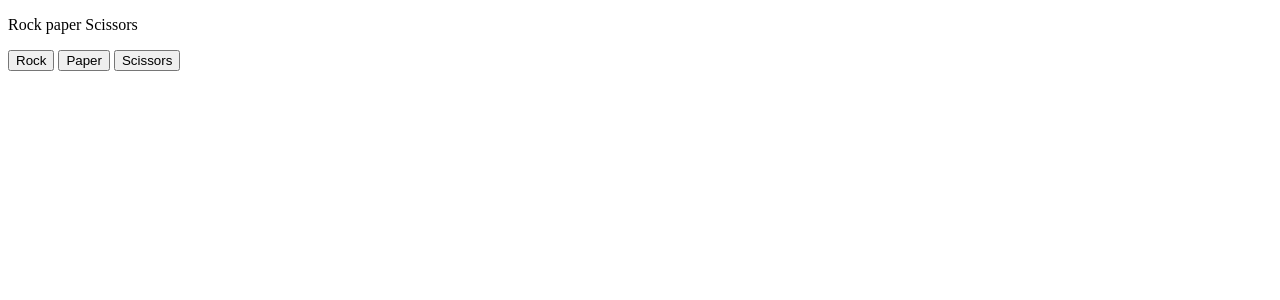
Repository: Samkiroko/Javascript-course
Page: 06-boolens.html
These files come from the project's save history. The page is drawn as it stood at one moment and after the next save; the edit follows.
The browser window is 1280 px wide. The pictures show the whole page.

Above is the page before, as saved 2023-08-23 11:32:17.

### 06-boolens.html
<!DOCTYPE html>
<html lang="en">
  <head>
    <meta charset="UTF-8" />
    <meta name="viewport" content="width=device-width, initial-scale=1.0" />
    <title>Rock paper scissors</title>
  </head>
  <body>
    <p>Rock paper Scissors</p>
    <button
      onclick="
    const randomNumber = Math.random()
    let computerChoice = ''
    if (randomNumber >=0 &&  randomNumber <1/3){
       computerChoice = 'rock'
    } else if (randomNumber >=1/3 &&  randomNumber <2/3){
       computerChoice = 'paper'
    } else {
       computerChoice = 'scissors'
    }

    console.log(computerChoice)

    let result = ''

    if (computerChoice === 'rock'){
      result = 'Tie'
    } else if (computerChoice === 'paper'){
      result = 'You lose'
    } else {
      result = 'You win'
    }

    alert(`You chose rock. Computer chose ${computerChoice}. ${result}`)
    "
    >
      Rock
    </button>
    <button
      onclick='
        const randomNumber = Math.random()
        let computerChoice = ""

    if (randomNumber >=0 &&  randomNumber <1/3){
       computerChoice = "rock"
    } else if (randomNumber >=1/3 &&  randomNumber <2/3){
       computerChoice = "paper"
    } else {
       computerChoice = "scissors"
    }

    console.log(computerChoice)

    let result = ""

    if (computerChoice === "rock"){
      result = "win"
    } else if (computerChoice === "paper"){
      result = "Tie"
    } else {
      result = "loose"
    }

    alert(`You chose paper. Computer chose ${computerChoice}. ${result}`)


    '
    >
      Paper
    </button>
    <button>Scissors</button>
    <script></script>
  </body>
</html>

After the next save:
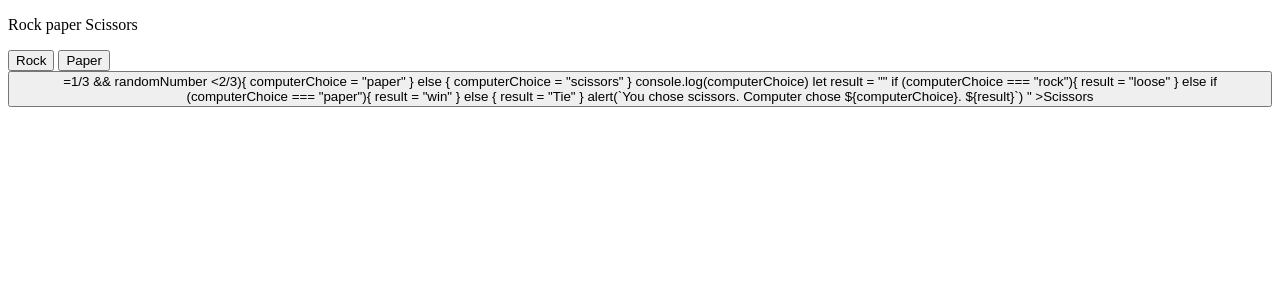
Console error (its wording comes from the project's code and is left out).
Saved 98 s later.
--- a/06-boolens.html
+++ b/06-boolens.html
@@ -68,7 +68,44 @@
     >
       Paper
     </button>
-    <button>Scissors</button>
+    <button
+
+    onclick="
+
+    const randomNumber = Math.random()
+    let computerChoice = ' ';
+
+    if (randomNumber >=0 &&  randomNumber <1/3){
+       computerChoice = "rock"
+    } else if (randomNumber >=1/3 &&  randomNumber <2/3){
+       computerChoice = "paper"
+    } else {
+       computerChoice = "scissors"
+    }
+
+    console.log(computerChoice)
+
+    let result = ""
+
+    if (computerChoice === "rock"){
+      result = "loose"
+    } else if (computerChoice === "paper"){
+      result = "win"
+    } else {
+      result = "Tie"
+    }
+
+    alert(`You chose scissors. Computer chose ${computerChoice}. ${result}`)
+
+
+
+
+    "
+
+
+
+
+    >Scissors</button>
     <script></script>
   </body>
 </html>

After the save that followed:
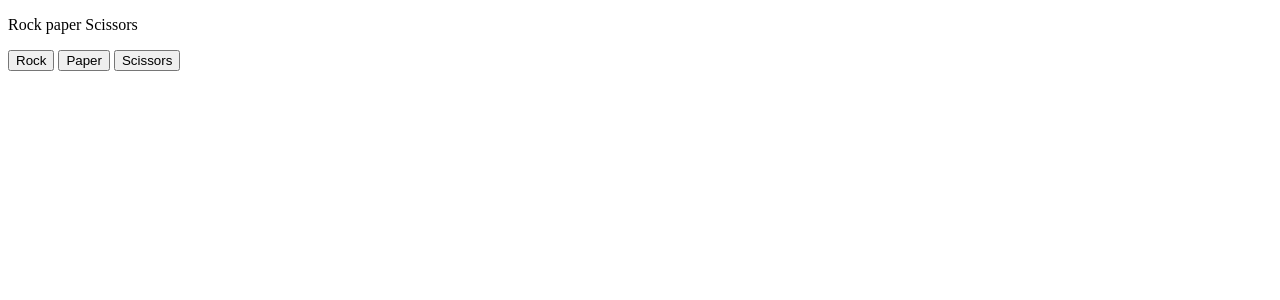
The error is gone.
Saved 91 s later.
--- a/06-boolens.html
+++ b/06-boolens.html
@@ -69,30 +69,29 @@
       Paper
     </button>
     <button
-
-    onclick="
+      onclick="
 
     const randomNumber = Math.random()
     let computerChoice = ' ';
 
     if (randomNumber >=0 &&  randomNumber <1/3){
-       computerChoice = "rock"
+       computerChoice = 'rock'
     } else if (randomNumber >=1/3 &&  randomNumber <2/3){
-       computerChoice = "paper"
+       computerChoice = 'paper'
     } else {
-       computerChoice = "scissors"
+       computerChoice = 'scissors'
     }
 
     console.log(computerChoice)
 
-    let result = ""
+    let result = ''
 
-    if (computerChoice === "rock"){
-      result = "loose"
-    } else if (computerChoice === "paper"){
-      result = "win"
+    if (computerChoice === 'rock'){
+      result = 'loose'
+    } else if (computerChoice === 'paper'){
+      result =' win'
     } else {
-      result = "Tie"
+      result = 'Tie'
     }
 
     alert(`You chose scissors. Computer chose ${computerChoice}. ${result}`)
@@ -101,11 +100,9 @@
 
 
     "
-
-
-
-
-    >Scissors</button>
+    >
+      Scissors
+    </button>
     <script></script>
   </body>
 </html>
